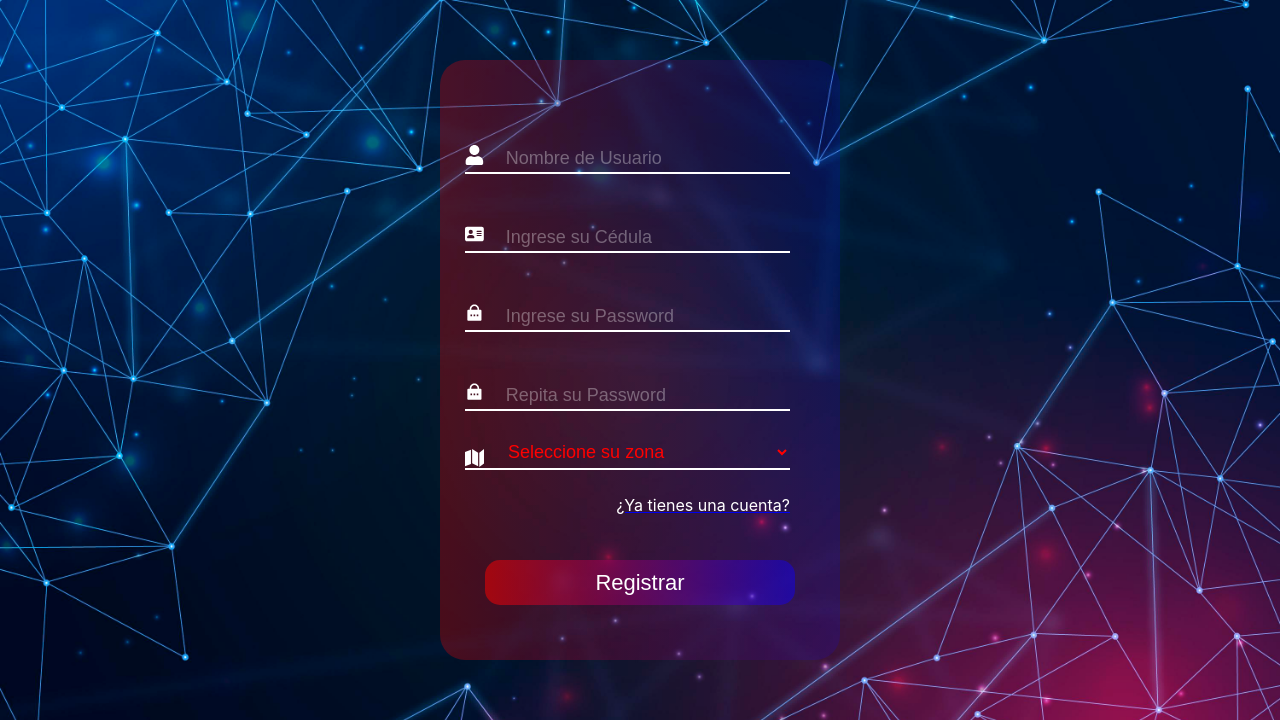
Repository: Davic1o/municipio
Page: /Registro
An editor plug-in stored every save of this project. The page is shown before and after the next save, followed by the edit.
The browser window is 1280 px wide. The pictures show the whole page.
The project was rebuilt for these pictures with package versions that can differ from the ones it lists, and the page was loaded fresh each time. Also part of the build but not shown: src/pages/Login/Login.jsx, src/pages/Administrador/Admin.jsx, src/pages/Coord/Coord.jsx, src/pages/User/User.jsx, src/pages/ConfirmacionRegistro/ConfirmacionRegistro.jsx.

Above is the page before, as saved 2024-02-06 20:44:26.

### src/index.js
import React from 'react';
import ReactDOM from 'react-dom/client';
import './index.css';
import App from './App';
import { BrowserRouter } from 'react-router-dom';

const root = ReactDOM.createRoot(document.getElementById('root'));
root.render(
  <BrowserRouter>
    <App />
   </BrowserRouter>
);

### src/index.css
body {
  margin: 0;
  font-family: -apple-system, BlinkMacSystemFont, 'Segoe UI', 'Roboto', 'Oxygen',
    'Ubuntu', 'Cantarell', 'Fira Sans', 'Droid Sans', 'Helvetica Neue',
    sans-serif;
  -webkit-font-smoothing: antialiased;
  -moz-osx-font-smoothing: grayscale;
}

code {
  font-family: source-code-pro, Menlo, Monaco, Consolas, 'Courier New',
    monospace;
}
input{
  text-decoration: none;
  border: none;
}
button{
  background-color: transparent;
  text-decoration: none;
  border: none;
}

### src/App.jsx

import './App.css';
import Rutas from './routes/Rutas';

function App() {
  return (
    <div className="App">
      <Rutas/>
    </div>
  );
}

export default App;

### src/routes/Rutas.jsx
import React from 'react'
import { Routes, Route } from 'react-router-dom';
import Login from '../pages/Login/Login';
import Admin from '../pages/Administrador/Admin';
import Coord from '../pages/Coord/Coord';
import User from '../pages/User/User';
import Register from '../pages/Register/Register';
import ConfirmacionRegistro from '../pages/ConfirmacionRegistro/ConfirmacionRegistro';


function Rutas() {
  return (


    <Routes>
    <Route exact path="/" element={<Login/>} />
    <Route exact path="/Registro" element={<Register/>} />
    <Route exact path="/ConfirmacionRegistro" element={<ConfirmacionRegistro/>} />
    <Route exact path="/Administrador" element={<Admin/>} />
    <Route path='/Coordinador' element={<Coord/>} />
    <Route path='/Usuario' element={<User/>} />

    </Routes>

  )
}

export default Rutas

### src/pages/Register/Register.jsx
import React, { useState } from 'react';
import { FaUser } from 'react-icons/fa';
import { RiLockPasswordFill } from 'react-icons/ri';
import { FaAddressCard } from "react-icons/fa6";
import { ImMap } from "react-icons/im";
import { Link, useNavigate } from "react-router-dom";
import './register.css';

const Register = () => {
  const Navigate = useNavigate();
  const [username, setUsername] = useState('');
  const [cedula, setCedula] = useState('');
  const [password, setPassword] = useState('');
  const [confirmPassword, setConfirmPassword] = useState('');
  const [zona, setZona] = useState(''); // Nuevo estado para la zona
  const [errorMessage, setErrorMessage] = useState('');

  const validarFormulario = () => {
    if (password !== confirmPassword) {
      setErrorMessage('Las contraseñas no coinciden');
      alert('Las contraseñas no coinciden');
      limpiarCampos();
      return false;
    }

    if (!username || !cedula || !password || !confirmPassword || !zona) {
      setErrorMessage('Por favor, complete todos los campos.');
      alert('Por favor, complete todos los campos.');
      return false;
    }

    setErrorMessage('');
    return true;
  };

  const limpiarCampos = () => {
    setUsername('');
    setCedula('');
    setPassword('');
    setConfirmPassword('');
    setZona(''); // Limpiar el campo de la zona también
  };

  const handleRegistroClick = () => {
    if (validarFormulario()) {
      // Crear un objeto con la información del usuario
      const userInfo = {
        username,
        cedula,
        password,
        confirmPassword,
        zona,
      };

      console.log(userInfo);

      // Realizar acciones adicionales para el registro

      // Pasar userInfo como estado en Navigate
      Navigate('/ConfirmacionRegistro', { state: { userInfo } });

      // Limpia los campos después del registro exitoso
      limpiarCampos();
    }
  };

  return (
    <div className="login__container">
      <div className="register__recuadro">
        <div className="register__formulario">
          <div className="contenedor__nombre">
            <FaUser className="icon__nombre" />
            <input
              type="text"
              className="inp__nombre"
              placeholder="Nombre de Usuario"
              value={username}
              onChange={(e) => setUsername(e.target.value)}
            />
          </div>
          <div className="contenedor__nombre">
            <FaAddressCard className="icon__password" />
            <input
              type="text"
              className="inp__nombre"
              placeholder="Ingrese su Cédula"
              value={cedula}
              onChange={(e) => setCedula(e.target.value)}
            />
          </div>
          <div className="contenedor__password">
            <RiLockPasswordFill className="icon__password" />
            <input
              type="password"
              className="inp__password"
              placeholder="Ingrese su Password"
              value={password}
              onChange={(e) => setPassword(e.target.value)}
            />
          </div>
          <div className="contenedor__password">
            <RiLockPasswordFill className="icon__password" />
            <input
              type="password"
              className="inp__password"
              placeholder="Repita su Password"
              value={confirmPassword}
              onChange={(e) => setConfirmPassword(e.target.value)}
            />
          </div>
          <div className="contenedor__zona">
          <ImMap className="icon__password" />
            <select
              id="zona"
              value={zona}
              onChange={(e) => setZona(e.target.value)}
            >
              <option className='primer__opcion' value="">Seleccione su zona</option>
              <option value="norte">Zona Norte</option>
              <option value="sur">Zona Sur</option>
              <option value="centro">Zona Centro</option>
            </select>
          </div>
          <div className="contenedor__registrar">
            <Link to={'/'}>
              <label htmlFor="" className="lbl__registrar">
                ¿Ya tienes una cuenta?
              </label>
            </Link>
          </div>
          <div className="contendor__ingresar">
            <button className="btn__ingresar" onClick={handleRegistroClick}>
              Registrar
            </button>
          </div>
        </div>
      </div>
    </div>
  );
};

export default Register;

### src/pages/Login/login.css
.login__container {
    background-image:  url('../../images/fondo_informacion.jpg');
    background-size: cover;
    height: 100vh;
    width: 100vw;
    box-sizing: border-box;
    display: flex;
    align-items: center;
    justify-content: center;
    z-index: 0;
}
.login__recuadro{
    width: 400px;
    height: 600px;
    border-radius: 25px;
    background: linear-gradient(to right, rgba(253, 0, 0, 0.288) 1%, rgba(16, 0, 235, 0.171));
}
.login__formulario{
    margin-top: 200px;
}
.contenedor__nombre, .contenedor__password{
    padding-top: 25px;
    width: 325px;
    margin: 25px;
    display: flex;
    border-bottom: 2px solid white ;
}
.icon__nombre, .icon__password{
    margin-right: 20px;
    font-size: 20px;
    background-color: transparent;
    color: white;
}
.inp__nombre, .inp__password{

    background-color: transparent;
    width: 300px;
    height: 25px;
    font-size: 18px;
    color: white;
}
.inp__nombre::placeholder, .inp__password::placeholder{
    font-size: 18px;
color: rgba(255, 255, 255, 0.336);
}
.inp__nombre:focus, .inp__password:focus{
    outline: none;
    font-size: 18px;
    border: none;
    color: white;
}
.contenedor__recuerdame{
    width: 325px;
    margin: 25px;
    display: flex;
}
.inp__recuerdame{
    transform: scale(1.5);
    margin-right: 20px;
}
.lbl__recuerdame{
    font-size: 18px;
    color: white;
}
.contenedor__registrar{
    width: 325px;
    margin: 25px;
    display: flex;
    justify-content: right;
}
.lbl__registrar{
    color: white;
}
.lbl__registrar:hover{
    color: blue;
    cursor: pointer;
}
.contendor__ingresar{

    background: linear-gradient(to right, rgba(253, 0, 0, 0.514) 1%, rgba(16, 0, 235, 0.514));
    border-radius: 15px;
    margin: 45px;
    display: flex;
    justify-content: center;
}
.btn__ingresar{
    height: 45px;
    color: white;
    font-size: 22px;
    cursor: pointer;

}

### src/pages/Register/register.css

.register__recuadro{
    width: 400px;
    height: 600px;
    border-radius: 25px;
    background: linear-gradient(to right, rgba(253, 0, 0, 0.288) 1%, rgba(16, 0, 235, 0.171));
}
.register__formulario{
    margin-top: 60px;
}

.contenedor__zona {
    width: 325px;
    margin: 25px;
    display: flex;
    align-items: flex-end; /* Alinea el contenido a la derecha */
    border-bottom: 2px solid white;
  }

  .contenedor__zona select {
    width: 300px;
    margin: 0px;
    font-size: 18px;
    background-color: transparent;
    color: rgb(0, 20, 50);
    border: none;
    padding-top: 5px;
    padding-bottom: 5px;
  }

  .contenedor__zona select:not(:focus) {
    background-color: transparent;
    color: #FF0000;
  }

  .contenedor__zona select:focus {
    outline: none;
    border-bottom: 2px solid rgba(255, 255, 255, 0); /* Cambia el color del borde cuando el select está enfocado */
    background-color: #ffcccb; /* Color de fondo cuando el select está abierto */
  }
   .contenedor__zona select:focus option[value=""]:first-child {
    color: #FF0000; /* Puedes ajustar el color según tus preferencias */
  }

Loaded but not shown: public/index.html (common file); src/App.css (common file)

After the next save:
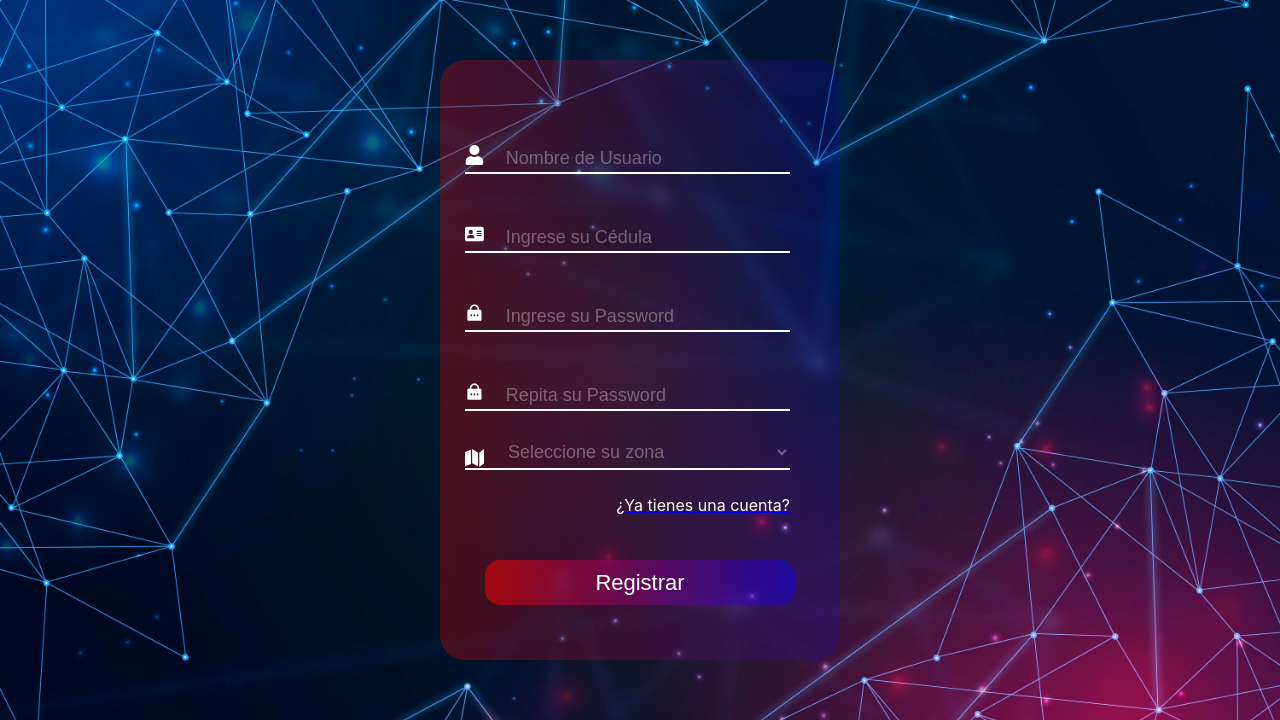
Saved 25 s later.
--- a/src/pages/Register/register.css
+++ b/src/pages/Register/register.css
@@ -30,7 +30,7 @@
 
   .contenedor__zona select:not(:focus) {
     background-color: transparent;
-    color: #FF0000;
+    color: rgba(255, 255, 255, 0.336);
   }
 
   .contenedor__zona select:focus {
